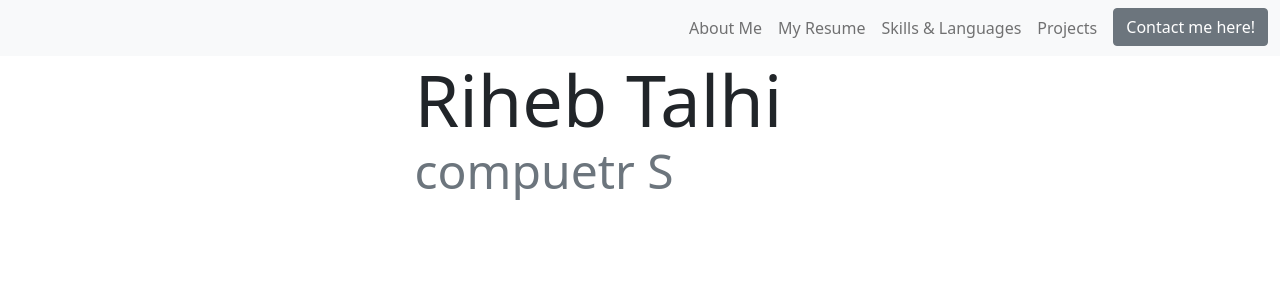
Repository: rihebtlh/portfolio
Page: new.html
An editor plug-in stored every save of this project. The page is shown before and after the next save, followed by the edit.
The browser window is 1280 px wide. The pictures show the whole page.

Above is the page before, as saved 2025-07-01 16:55:06.

After the next save:
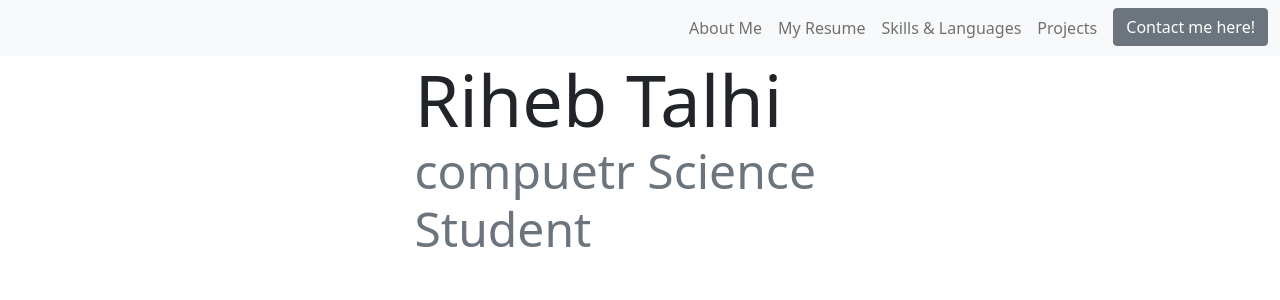
Saved 6 s later.
--- a/new.html
+++ b/new.html
@@ -48,7 +48,7 @@
             <div class="col-md-5 text-center text-md-start">
                 <h1>
                     <div class="display-2">Riheb Talhi</div>
-                    <div class="display-5 text-muted">compuetr S</div>
+                    <div class="display-5 text-muted">compuetr Science Student</div>
                 </h1>
             </div>
         </div>
